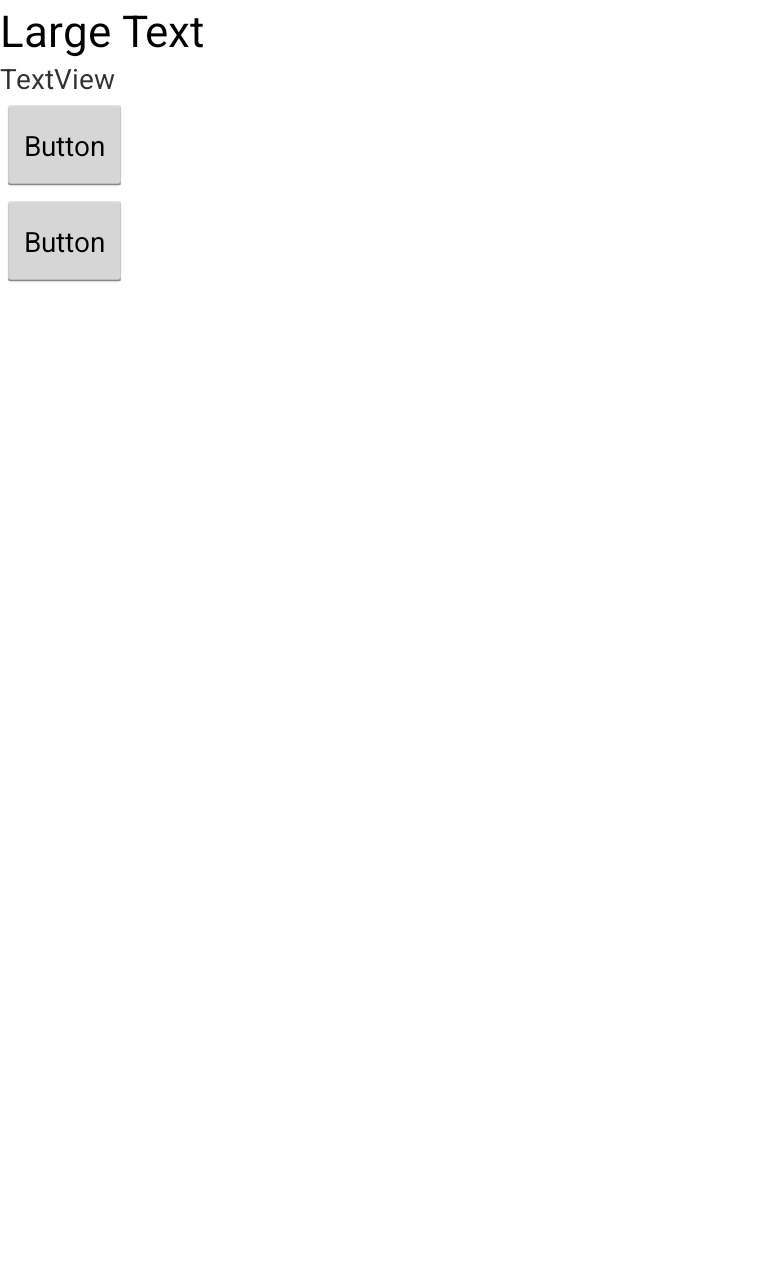
Repository: pcombi/android_dev
Layout: EnglishGrammar/res/layout/tests.xml
An editor plug-in stored every save of this project. The layout is shown before and after the next save, followed by the edit.
It is drawn on a 768 x 1280 px phone screen (xhdpi) without system bars, with theme AppTheme; the app's code is not run.

Above is the layout before, as saved 2012-12-27 01:18:02.

### EnglishGrammar/res/layout/tests.xml
<?xml version="1.0" encoding="utf-8"?>
<LinearLayout xmlns:android="http://schemas.android.com/apk/res/android"
    android:layout_width="match_parent"
    android:layout_height="match_parent"
    android:orientation="vertical" >

    <TextView
        android:id="@+id/textView1"
        android:layout_width="wrap_content"
        android:layout_height="wrap_content"
        android:text="Large Text"
        android:textAppearance="?android:attr/textAppearanceLarge" />

    <TextView
        android:id="@+id/textView2"
        android:layout_width="wrap_content"
        android:layout_height="wrap_content"
        android:text="TextView" />

    <Button
        android:id="@+id/button2"
        style="?android:attr/buttonStyleSmall"
        android:layout_width="wrap_content"
        android:layout_height="wrap_content"
        android:text="Button" />

    <Button
        android:id="@+id/button1"
        style="?android:attr/buttonStyleSmall"
        android:layout_width="wrap_content"
        android:layout_height="wrap_content"
        android:text="Button" />

    <LinearLayout
        android:layout_width="wrap_content"
        android:layout_height="wrap_content"
        android:orientation="vertical"
        android:id="@+id/buttonlayout1">
    </LinearLayout>

</LinearLayout>

Loaded but not shown: EnglishGrammar/res/values/styles.xml (common file); EnglishGrammar/res/values-v11/styles.xml (common file); EnglishGrammar/res/values-v14/styles.xml (common file); EnglishGrammar/res/drawable/btn_blue.xml (common file)

After the next save:
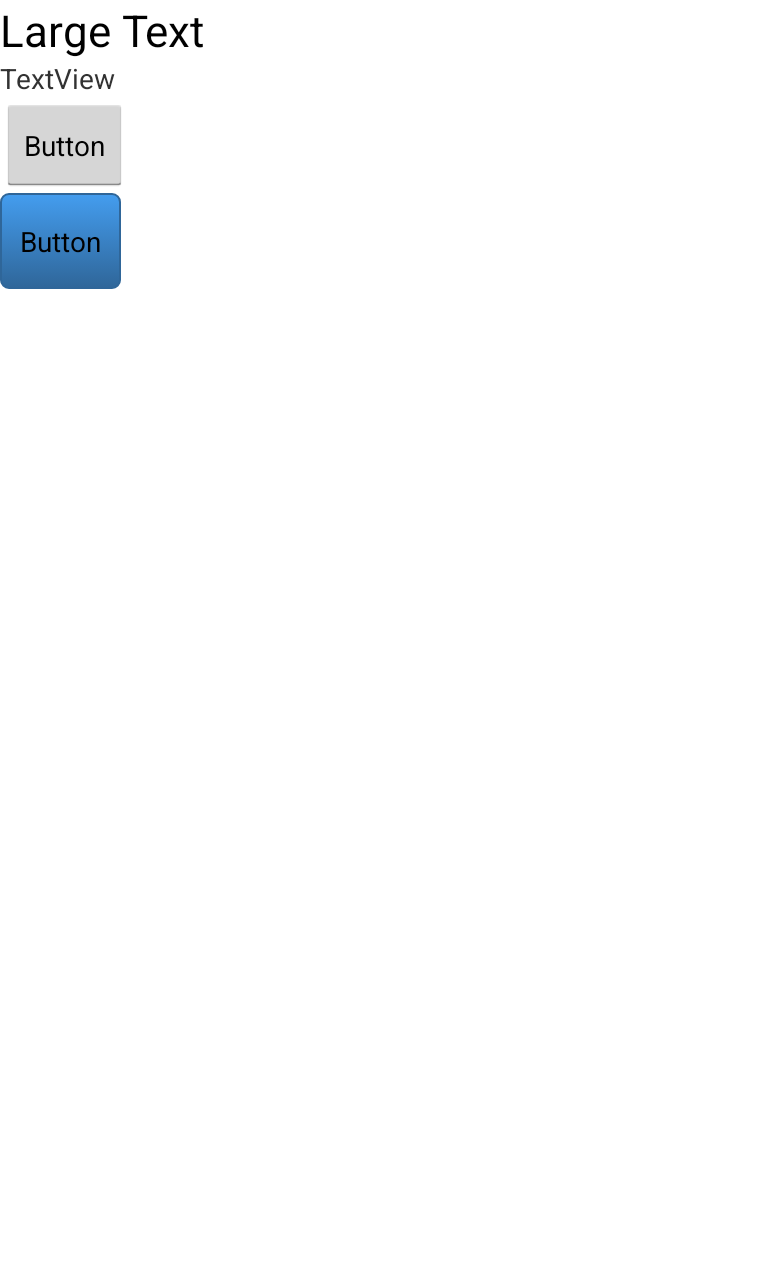
Saved 36 s later.
--- a/EnglishGrammar/res/layout/tests.xml
+++ b/EnglishGrammar/res/layout/tests.xml
@@ -29,6 +29,7 @@
         style="?android:attr/buttonStyleSmall"
         android:layout_width="wrap_content"
         android:layout_height="wrap_content"
+        android:background="@drawable/btn_blue"
         android:text="Button" />
 
     <LinearLayout
